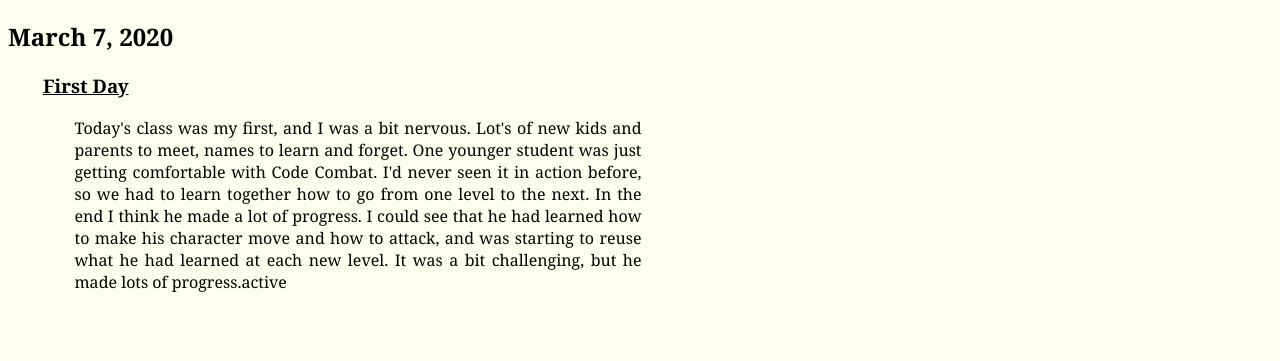
Repository: chocochocosensei/Mission-Exercises
Page: Page1/index.html
An editor plug-in stored every save of this project. The page is shown before and after the next save, followed by the edit.
The browser window is 1280 px wide. The pictures show the whole page.

Above is the page before, as saved 2020-03-10 13:02:45.

### Page1/index.html
<!doctype html>
<html>

<head>
    <meta charset="utf-8">
    <link rel="stylesheet" href="../style.css">
    <title>Mission Exercises March 7 2020</title>
</head>

<body>

    <section>
        <div class="section-title">
            <h2 id="diary-date">March 7, 2020</h2>
        </div>

        <div class="section-activity">
            <div class="class">
                <div class="title">
                    <h3>First Day</h3>
                </div>
                <div class="content">
                    <p>Today's class was my first, and I was a bit nervous. Lot's of new kids and parents to meet, names to learn and forget. One younger student was just getting comfortable with Code Combat. I'd never seen it in action before, so we had
                        to learn together how to go from one level to the next. In the end I think he made a lot of progress. I could see that he had learned how to make his character move and how to attack, and was starting to reuse what he had learned
                        at each new level. It was a bit challenging, but he made lots of progress.active</p>
                </div>

            </div>

            <div class="class hours hidden">
                <div class="title">
                    <h3 class="title">Hours</h3>
                </div>
                <div class="content">
                    <p>Class: 10:30-12:30</p>
                    <p>Hours: 2</p>
                </div>

            </div>
        </div>
    </section>


</body>

</html>

### style.css
body {
    background-color: ivory;
    font-family: Cambria, Cochin, Georgia, Times, 'Times New Roman', serif;
    max-width: 700px;
}

*.hidden {
    display: none;
}

.section-title {}

.section-activity {
    margin: 0 5%;
}

.section-activity .content p {
    margin: 0 5%;
    text-align: justify;
}

.title {
    font-weight: bold;
    text-decoration: underline;
}

After the next save:
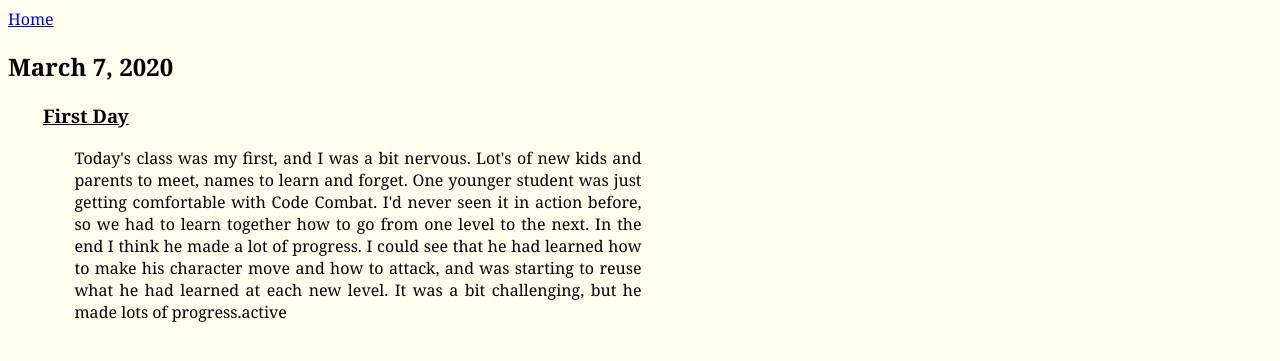
Saved 107 s later.
--- a/Page1/index.html
+++ b/Page1/index.html
@@ -8,7 +8,9 @@
 </head>
 
 <body>
-
+    <section>
+        <div><a href="../index.html">Home</a></div>
+    </section>
     <section>
         <div class="section-title">
             <h2 id="diary-date">March 7, 2020</h2>
